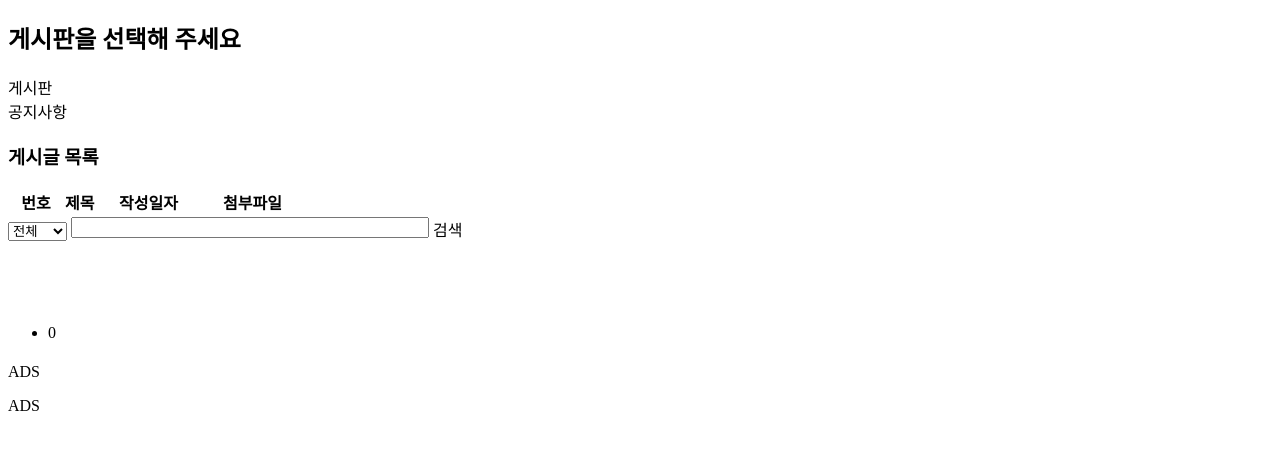
Repository: letzbegin/Study
Page: http://localhost/portfolio/WEB-INF/views/board/list.jsp
These files come from the project's save history. The page is drawn as it stood at one moment and after the next save; the edit follows.
The browser window is 1280 px wide. The pictures show the whole page.
The page is served by Tomcat 9. Nobody is signed in. Other server files are loaded and not shown. The template is opened directly, without the code that normally fills it, so the values that code supplies are empty.

Above is the page before, as saved 2018-10-15 04:19:20.

### pol/portfolio/src/main/webapp/WEB-INF/views/board/list.jsp
<%@ page language="java" contentType="text/html; charset=UTF-8"
	pageEncoding="UTF-8"%>
<%@ taglib prefix="c" uri="http://java.sun.com/jsp/jstl/core"%>
<!DOCTYPE html PUBLIC "-//W3C//DTD HTML 4.01 Transitional//EN" "http://www.w3.org/TR/html4/loose.dtd">
<html>
<head>
<meta http-equiv="Content-Type" content="text/html; charset=UTF-8">
<title>Insert title here</title>
<style type="text/css">
#list-top {
	width: 70%;
	padding-left: 15%;
	padding-bottom: 20px;
}
</style>
</head>
<body>
	<div class="container-fluid text-center">
		<div class="row content">
			<div class="col-sm-2">
				<h2>게시판을 선택해 주세요</h2>
				<div class="panel panel-default">
					<div class="panel-heading">게시판</div>
					<div class="panel-body">공지사항</div>
				</div>
			</div>
			<div class="col-sm-8 text-left">
				<h3>게시글 목록</h3>

				<table class="table">
					<tr>
						<th width="50px">번호</th>
						<th style="text-align: center;">제목</th>
						<th width="100px">작성일자</th>
						<th width="100px">첨부파일</th>
					</tr>
					<c:forEach items="${page.list }" var="vo">
						<tr>
							<td>${vo.no }</td>
							<td class="left" onclick="go_detail(${vo.id})">${vo.title }</td>
							<td>${vo.writedate }</td>
							<td>${ empty vo.filename ? '' : '<span class="glyphicon glyphicon-file"></span>' }</td>
						</tr>
					</c:forEach>
				</table>

				<span style="float: left;">
						 <select name="search">
								<option ${page.search eq 'all' ? 'selected' : '' } value="all">전체</option>
								<option ${page.search eq 'title' ? 'selected' : '' }
									value="title">제목</option>
								<option ${page.search eq 'content' ? 'selected' : '' }
									value="content">내용</option>
								<option ${page.search eq 'writer' ? 'selected' : '' }
									value="writer">작성자</option>
						</select> <input type="text" name="keyword" value="${page.keyword }"
							style="width: 350px; vertical-align: top;" /> <a
							class="btn-fill" onclick="$('form').submit()">검색</a>
						</span>
						<form method="post" action="list.bo" id="list">
					<p id="list-top">

						<c:if test="${!empty login_info }">
							<a class="btn-fill" style="float: right;"
								onclick="location='new.bo'">글쓰기</a>
						</c:if>

					</p>
					<input type="hidden" name="id" /> <input type="hidden"
						name="curPage" id="curPage" />
				</form>

				<br>
				<jsp:include page="/WEB-INF/views/board/page.jsp" />

			</div>
			<div class="col-sm-2 sidenav">
				<div class="well">
					<p>ADS</p>
				</div>
				<div class="well">
					<p>ADS</p>
				</div>
			</div>
		</div>
	</div>

</body>
<script type="text/javascript">
	function go_detail(id) {
		$('[name=id]').val(id);
		$('form').attr('action', 'detail.bo');
		$('form').submit();
	}
</script>
</html>

### pol/portfolio/src/main/webapp/WEB-INF/views/board/page.jsp
<%@ page language="java" contentType="text/html; charset=UTF-8"
    pageEncoding="UTF-8"%>
<%@ taglib prefix="c"  uri="http://java.sun.com/jsp/jstl/core"%>
<style type="text/css">
.page_list { float: left; width: 100%; }
.page_on, .page_off{
	display: inline-block; width: 30px; line-height: 28px;
}
.page_on {
	border: 1px gray solid; font-weight: bold; color: #fff;
	background: gray;
}
.page_off:hover{ text-decoration: none;
}
.page_next, .page_last, .page_first, .page_prev {
	display: inline-block; width: 30px;
	line-height: 28px;
	border:  1px solid #d0d0d0;
	text-indent: -9999px;
}

</style>

<p class="page_list">

<!-- 이전블럭버튼: 이전블럭의 마지막페이지: page.beginPage-1
                     이전블럭의 첫페이지: page.beginPage-page.blockPage -->
<c:if test="${page.curBlock gt 1 }">
<a onclick="go_page(1)"><span class="glyphicon glyphicon-step-backward"></span>첫페이지</a>
<a onclick="go_page(${page.beginPage-page.blockPage})"><span class="glyphicon glyphicon-triangle-left"></span>이전블럭</a>
</c:if>
<ul class="pagination">
<c:forEach var="i" begin="${page.beginPage }" end="${page.endPage }">
	<c:if test="${i eq page.curPage }">
		<li class="active"><span class="page_on">${i }</span></li>
 	</c:if>

	<c:if test="${i ne page.curPage }">
 		<li><a class="page_off" onclick="go_page(${i})">${i }</a></li>
 	</c:if>
</c:forEach>
</ul>
<!-- 다음블럭버튼: 다음블럭첫페이지 -->
<c:if test="${page.curBlock lt page.totalBlock }">
<a onclick="go_page(${page.endPage+1})"><span class="glyphicon glyphicon-triangle-right"></span>다음</a><a
class="page_last" onclick="go_page(${page.totalPage})"><span class="glyphicon glyphicon-forward"></span>마지막페이지</a>
</c:if>

</p>
<script type="text/javascript">
function go_page(page){
	$('#curPage').val(page);
	$('#list').submit();
}
</script>

After the next save:
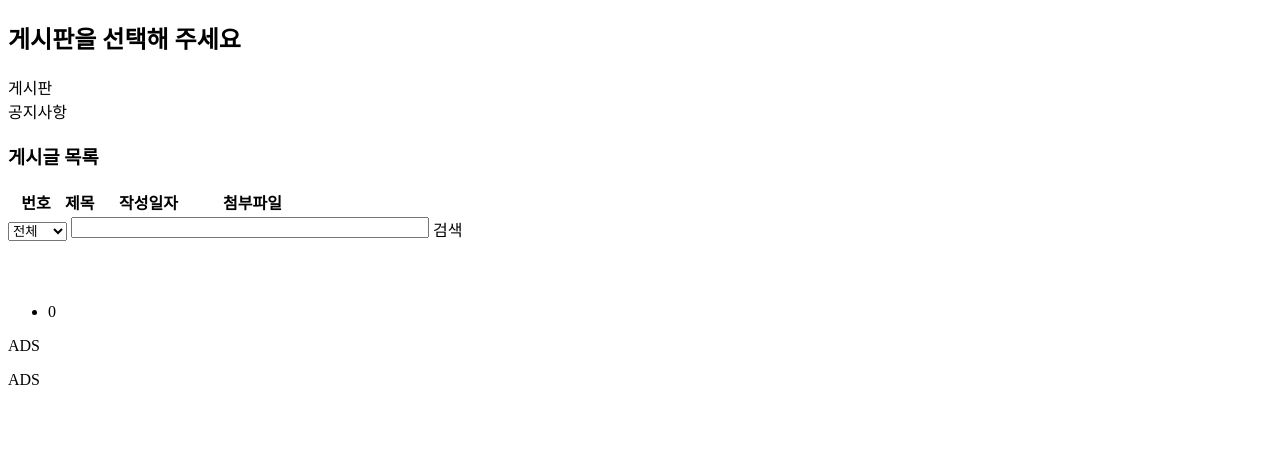
Saved 45 s later.
--- a/pol/portfolio/src/main/webapp/WEB-INF/views/board/page.jsp
+++ b/pol/portfolio/src/main/webapp/WEB-INF/views/board/page.jsp
@@ -2,22 +2,6 @@
     pageEncoding="UTF-8"%>
 <%@ taglib prefix="c"  uri="http://java.sun.com/jsp/jstl/core"%>
 <style type="text/css">
-.page_list { float: left; width: 100%; }
-.page_on, .page_off{
-	display: inline-block; width: 30px; line-height: 28px;
-}
-.page_on {
-	border: 1px gray solid; font-weight: bold; color: #fff;
-	background: gray;
-}
-.page_off:hover{ text-decoration: none;
-}
-.page_next, .page_last, .page_first, .page_prev {
-	display: inline-block; width: 30px;
-	line-height: 28px;
-	border:  1px solid #d0d0d0;
-	text-indent: -9999px;
-}
 
 </style>
 
